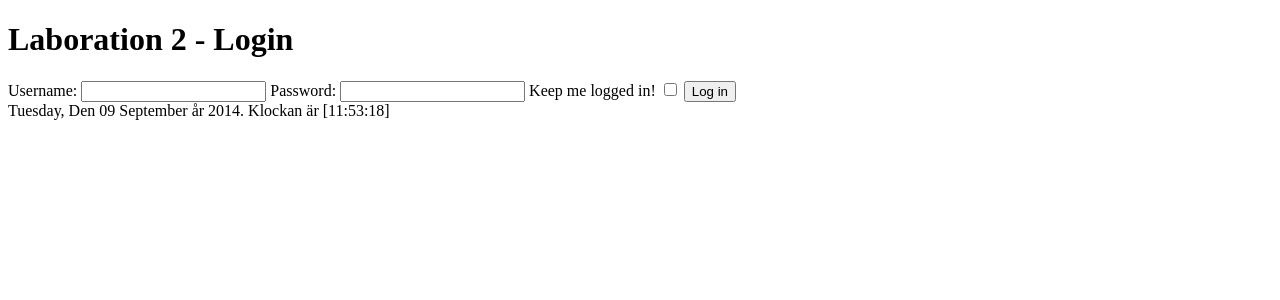
Repository: me222rs/PHPlabb2
Page: http://localhost/
The author's editor kept a copy of each file at every save. The page is drawn from the files as they stood at one save, then again after the next save.
The browser window is 1280 px wide. The pictures show the whole page.
The page is run by PHP 8.4 with error messages shown; the project is at /var/www/html/. Queries for data that is not in the repository find no rows.

Above is the page before, as saved 2014-09-09 12:54:09.

After the next save:
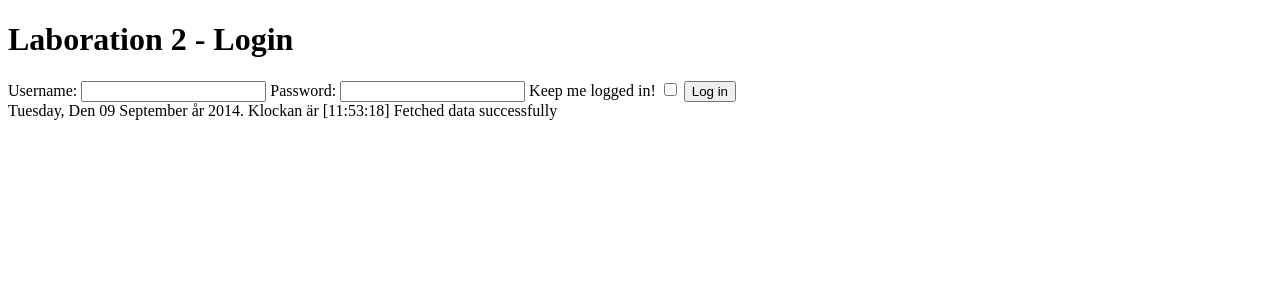
Saved 48 s later.
--- a/PHPLabb2/index.php
+++ b/PHPLabb2/index.php
@@ -37,6 +37,30 @@
 	</html>
 	";
 
+	$dbhost = 'localhost:3036';
+$dbuser = 'root';
+$dbpass = 'rootpassword';
+$conn = mysql_connect($dbhost, $dbuser, $dbpass);
+if(! $conn )
+{
+  die('Could not connect: ' . mysql_error());
+}
+$sql = 'SELECT emp_id, emp_name, emp_salary FROM employee';
 
+mysql_select_db('test_db');
+$retval = mysql_query( $sql, $conn );
+if(! $retval )
+{
+  die('Could not get data: ' . mysql_error());
+}
+while($row = mysql_fetch_array($retval, MYSQL_ASSOC))
+{
+    echo "EMP ID :{$row['emp_id']}  <br> ".
+         "EMP NAME : {$row['emp_name']} <br> ".
+         "EMP SALARY : {$row['emp_salary']} <br> ".
+         "--------------------------------<br>";
+}
+echo "Fetched data successfully\n";
+mysql_close($conn);
 
 ?>
